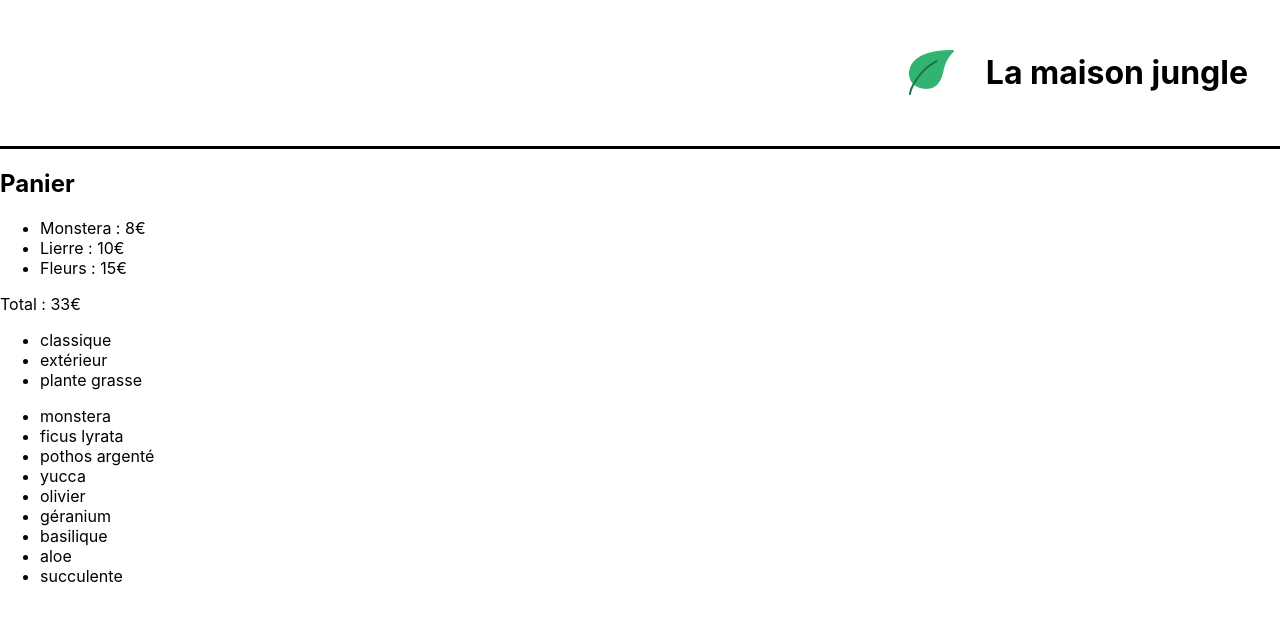
Repository: massndongo/la-maison-junglee
Page: /
The author's editor kept a copy of each file at every save. The page is drawn from the files as they stood at one save, then again after the next save.
The browser window is 1280 px wide. The pictures show the whole page.
The project was rebuilt for these pictures with package versions that can differ from the ones it lists, and the page was loaded fresh each time.

Above is the page before, as saved 2023-03-23 16:51:47.

After the next save:
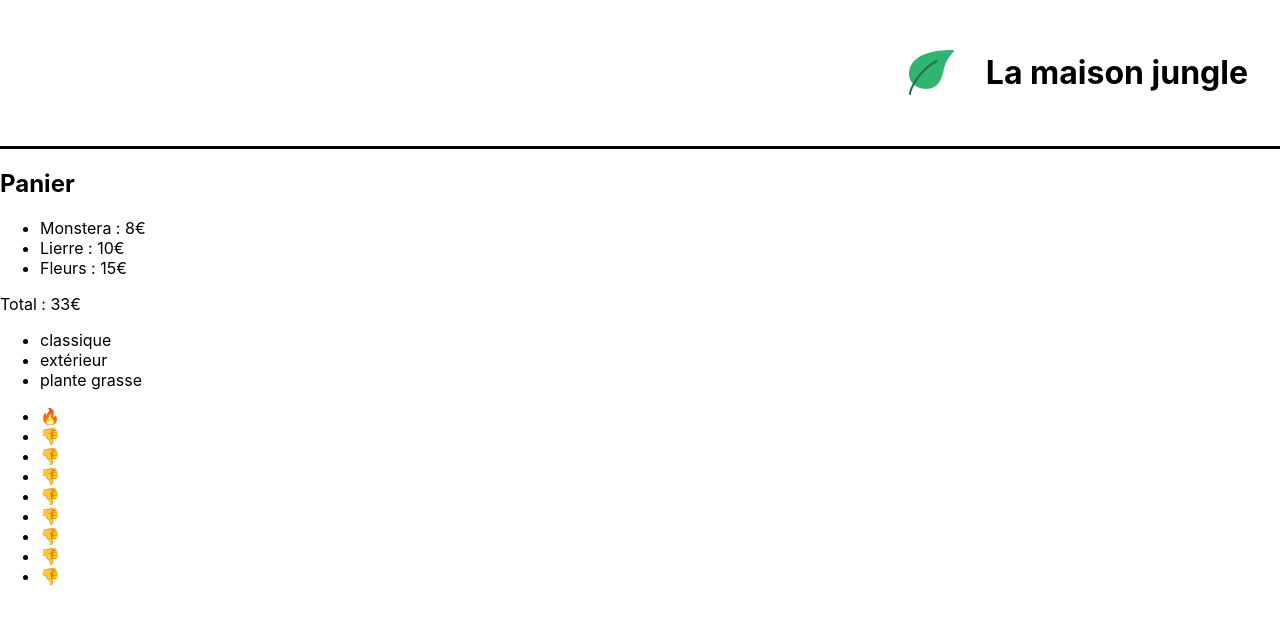
Saved 27 s later.
--- a/src/components/ShoppingList.js
+++ b/src/components/ShoppingList.js
@@ -15,9 +15,11 @@
 				))}
 			</ul>
 			<ul>
-				{plantList.map((plant) => (
-					<li key={plant.id}>{plant.name}</li>
-				))}
+            {plantList.map((plant) => (
+    <li key={ plant.id }>
+        {plant.isBestSale ? <span>🔥</span> : <span>👎</span>}
+    </li>
+))}
 			</ul>
 		</div>
 	)

After the 3 saves that followed:
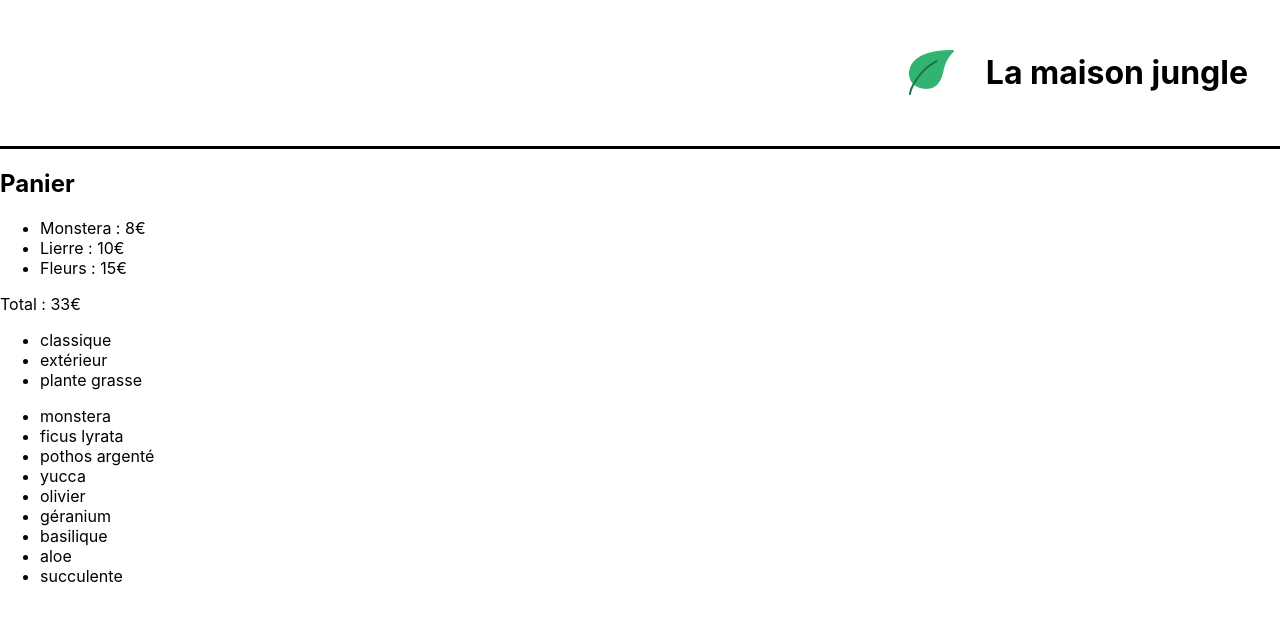
The 3 saves are shown as one change because 1 left the picture as it was and some came seconds apart.
The last was saved 102 s later.
--- a/src/components/ShoppingList.js
+++ b/src/components/ShoppingList.js
@@ -15,11 +15,9 @@
 				))}
 			</ul>
 			<ul>
-            {plantList.map((plant) => (
-    <li key={ plant.id }>
-        {plant.isBestSale ? <span>🔥</span> : <span>👎</span>}
-    </li>
-))}
+				{plantList.map((plant) => (
+					<li key={plant.id}>{plant.name}</li>
+				))}
 			</ul>
 		</div>
 	)
